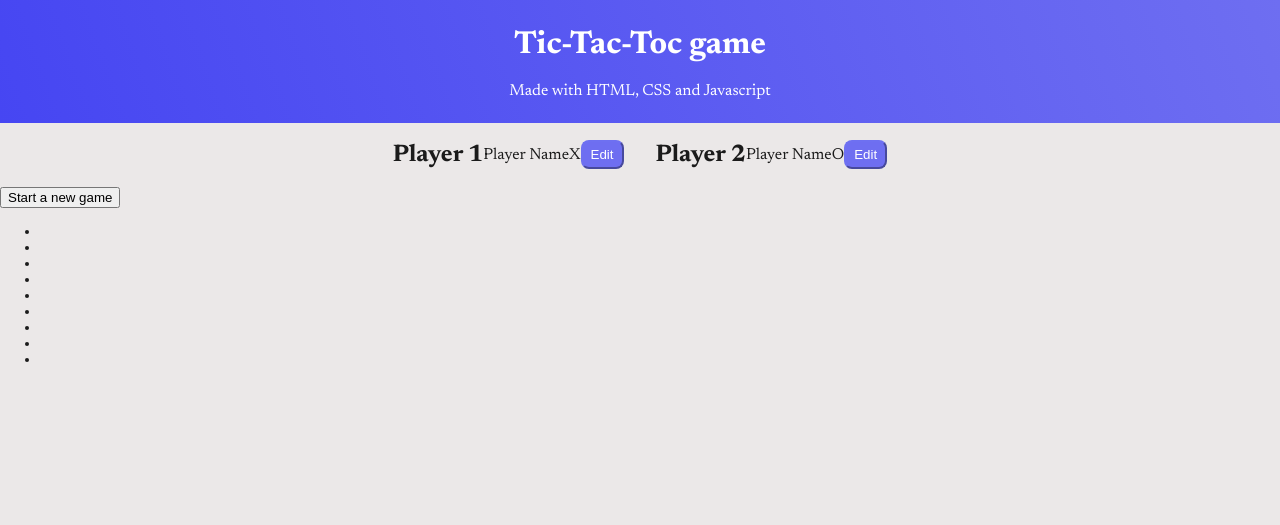
Repository: MicTomm/Tic-tac-toe-game
Page: index.html
These files come from the project's save history. The page is drawn as it stood at one moment and after the next save; the edit follows.
The browser window is 1280 px wide. The pictures show the whole page.

Above is the page before, as saved 2023-06-23 16:17:19.
Not found: js-code

After the next save:
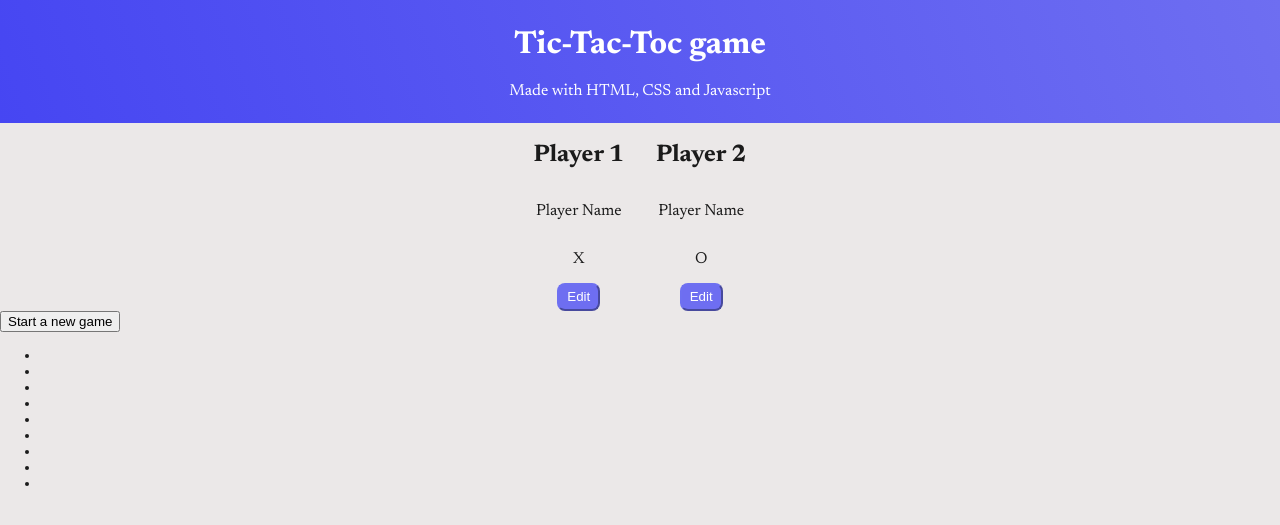
Saved 20 s later.
--- a/styles/configuration.css
+++ b/styles/configuration.css
@@ -9,7 +9,7 @@
     background-color: 241, 245, 245;
     margin: 0rem 1rem;
     display: flex;
-    flex-flow: row;
+    flex-flow: column;
     justify-content: center;
     align-items: center;
 }
